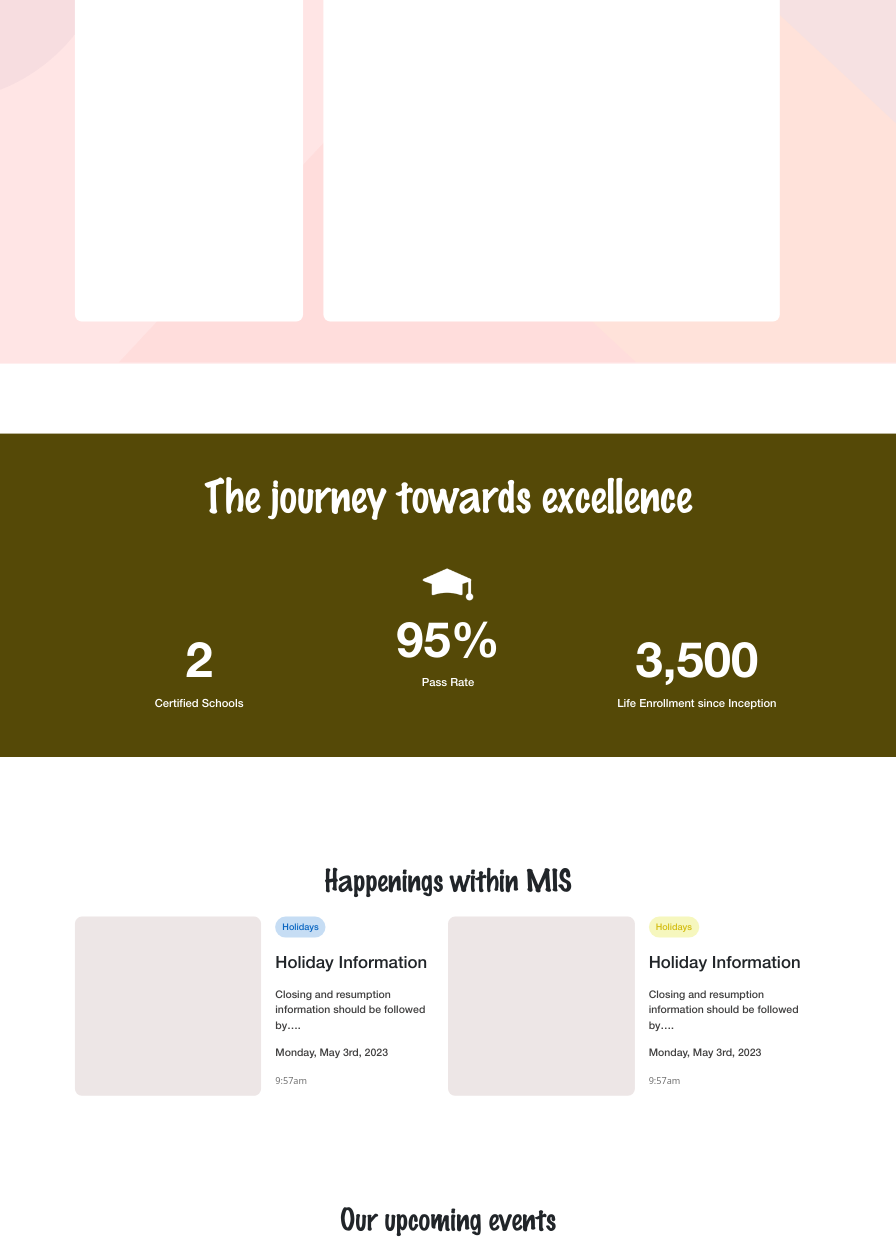
Repository: sarahnnanyelugo/MIGS
Page: /
An editor plug-in stored every save of this project. The page is shown before and after the next save, followed by the edit.
The browser window is 1280 px wide. The pictures show the part of the page from y = 3439 to 5359 px (the page is 5210 px tall before and 5359 px after), at 70% of full size.
The project was rebuilt for these pictures with package versions that can differ from the ones it lists, and the page was loaded fresh each time.

Above is the page before, as saved 2023-05-30 14:02:05.

### src/App.scss
@font-face {
  font-family: maker;
  src: url(./assets/fonts/marker-felt/Marker-Felt.ttf);
}
@font-face {
  font-family: helveticaB;
  src: url(./assets/fonts/helvetica/HelveticaNeueBold.ttf);
}
@font-face {
  font-family: helveticaM;
  src: url(./assets/fonts/helvetica/HelveticaNeueMedium.ttf);
}
@font-face {
  font-family: helveticaR;
  src: url(./assets/fonts/helvetica/HelveticaNeueRegular.ttf);
}

h1,
h2,
h3,
h4,
h5,
h6 {
  font-family: maker;
}

### src/pages/Home/Home.js
import React from "react";
import { AppModal } from "../../components/AppModal/AppModal";
import LandingImg from "../../assets/images/table.jpeg";
import Grad from "../../assets/images/grad.png";
import "./home.scss";
import CountUp from "react-countup";
import { Link } from "react-router-dom";

function Home() {
  return (
    <>
      <div className="col-md-12 landing-img">
        {/* <img
          className="tech-logo"
          src={LandingImg}
          alt="Scholar"
          width="100%"
        />{" "} */}
        <div className="centered col-md-5 offset-md-1">
          <h1>Excellence is our birthright</h1>
        </div>
      </div>
      <center>
        <div className="col-md-12 welcome-div">
          <div className="col-md-7 welcome-header mtt">
            <h1>Welcome to Montessori International Group of Schools</h1>
          </div>
          <div className="col-md-5 mt3 welcome-paragraph">
            <p>
              {" "}
              On behalf of the Management and staff of Montessori International
              School, we welcome you to our website. We are grateful for another
              opportunity to offer you our best and are dedicated to ensuring
              that your child grows up balanced in all endeavours of life and
              not just academically.
            </p>
          </div>
        </div>
      </center>

      <div className="col-md-10 offset-md-1 section-div">
        <center>
          <h1>Our School Sections</h1>
        </center>
        <div className="col-md-12 flexy">
          <div className="col-md-4">
            <div className="col-md-11 sections-container early-years">
              {/* <img
          className="tech-logo"
          src={LandingImg}
          alt="Scholar"
          width="100%"
        />{" "} */}
              <div class="bottom-left col-md-1">
                <h2>Early Years</h2>
              </div>
            </div>
          </div>{" "}
          <div className="col-md-4">
            <div className="col-md-11 sections-container primary">
              {/* <img
          className="tech-logo"
          src={LandingImg}
          alt="Scholar"
          width="100%"
        />{" "} */}
              <div class="bottom-left col-md-1">
                {" "}
                <h2>Primary School</h2>
              </div>
            </div>
          </div>{" "}
          <div className="col-md-4">
            <div className="col-md-11 sections-container special ">
              {/* <img
          className="tech-logo"
          src={LandingImg}
          alt="Scholar"
          width="100%"
        />{" "} */}
              <div class="bottom-left col-md-1">
                {" "}
                <h2>Special Education</h2>
              </div>
            </div>
          </div>
        </div>
      </div>
      <div className="col-md-8 offset-md-3 flexy">
        <div className="col-md-5">
          <div className="col-md-11 sections-container junior ">
            {/* <img
          className="tech-logo"
          src={LandingImg}
          alt="Scholar"
          width="100%"
        />{" "} */}
            <div class="bottom-left col-md-1">
              {" "}
              <h2>Special Education</h2>
            </div>
          </div>
        </div>
        <div className="col-md-5">
          <div className="col-md-11 sections-container senior ">
            {/* <img
          className="tech-logo"
          src={LandingImg}
          alt="Scholar"
          width="100%"
        />{" "} */}
            <div class="bottom-left col-md-1">
              {" "}
              <h2>Special Education</h2>
            </div>
          </div>
        </div>
      </div>
      <div className="col-md-12 birthright-div">
        <center>
          <div className="col-md-6">
            <h1>
              Excellence is our<span>BIRTHRIGHT</span>
            </h1>
            <p>
              On behalf of the Management and staff of Montessori International
              School, we welcome you to our website. We are grateful for another
              opportunity to offer you our best and are dedicated to ensuring
              that your child grows up balanced in all endeavours of life and
              not just academically.
            </p>
          </div>
        </center>
        <div className="col-md-10 offset-md-1 flexy">
          <div className="col-md-8 ">
            <div className="col-md-11 img-div">
              {" "}
              {/* <img
          className="tech-logo"
          src={LandingImg}
          alt="Scholar"
          width="100%"
        />{" "} */}
            </div>
          </div>{" "}
          <div className="col-md-4 ">
            <div className="col-md-11 img-div">
              {" "}
              {/* <img
          className="tech-logo"
          src={LandingImg}
          alt="Scholar"
          width="100%"
        />{" "} */}
            </div>
          </div>
        </div>{" "}
        <div className="col-md-10 offset-md-1 flexy mt2">
          {" "}
          <div className="col-md-4 ">
            <div className="col-md-11 img-div">
              {" "}
              {/* <img
          className="tech-logo"
          src={LandingImg}
          alt="Scholar"
          width="100%"
        />{" "} */}
            </div>
          </div>
          <div className="col-md-8 ">
            <div className="col-md-11 img-div">
              {" "}
              {/* <img
          className="tech-logo"
          src={LandingImg}
          alt="Scholar"
          width="100%"
        />{" "} */}
            </div>
          </div>{" "}
        </div>
      </div>
      <div className="col-md-12 stats-div">
        <center>
          <h1>The journey towards excellence</h1>
        </center>
        <div className="col-md-10 offset-md-1 flexy">
          {" "}
          <div className="col-md-4 mtt stats">
            <center>
              {" "}
              <h1>
                {" "}
                <CountUp
                  start={0}
                  end={2}
                  duration={3}
                  decimal=""
                  prefix=" "
                  suffix=""
                  enableScrollSpy={true}
                />
              </h1>
              <p>Certified Schools</p>
            </center>
          </div>{" "}
          <div className="col-md-4 mt5 stats">
            <center>
              <img className="tech-logo" src={Grad} alt="Scholar" width="20%" />{" "}
              <h1>
                {" "}
                <CountUp
                  start={0}
                  end={95}
                  duration={3}
                  decimal=""
                  prefix=" "
                  suffix="%"
                  enableScrollSpy={true}
                />
              </h1>
              <p>Pass Rate</p>
            </center>
          </div>{" "}
          <div className="col-md-4 mtt stats">
            <center>
              {" "}
              <h1>
                {" "}
                <CountUp
                  start={0}
                  end={3500}
                  duration={3}
                  decimal=""
                  prefix=" "
                  suffix=""
                  enableScrollSpy={true}
                />
              </h1>
              <p>Life Enrollment since Inception</p>
            </center>
          </div>
        </div>
      </div>
      <div className="col-md-10 offset-md-1 news-div mtt">
        <center>
          <h1>Happenings within MIS</h1>
        </center>
        <div className="flexy mt3">
          <div className="col-md-6 flexy">
            <div className="col-md-6 img-div2"></div>
            <div className="col-md-6 news-details">
              <button className="holidays">Holidays</button>
              <h4>Holiday Information</h4>
              <Link className="normal-link" to={"/"}>
                <p>
                  Closing and resumption information should be followed by….
                </p>
              </Link>
              <p>Monday, May 3rd, 2023</p>
              <small>9:57am</small>
            </div>
          </div>
          <div className="col-md-6 flexy mt23">
            <div className="col-md-6 img-div2"></div>
            <div className="col-md-6 news-details">
              <button className="events">Holidays</button>
              <h4>Holiday Information</h4>
              <Link className="normal-link" to={"/"}>
                <p>
                  Closing and resumption information should be followed by….
                </p>
              </Link>
              <p>Monday, May 3rd, 2023</p>
              <small>9:57am</small>
            </div>
          </div>
        </div>
      </div>
      <div className="col-md-10 offset-md-1 mtt">
        <center>
          <h1>Our upcoming events</h1>
        </center>
        <div className="flexy">
          <div className="col-md-4">
            <center></center>
          </div>
        </div>
      </div>
      <div>
        <AppModal />
      </div>
    </>
  );
}

export default Home;

### src/components/NavBar/NavBar.jsx
import React, { useEffect, useState, useRef } from "react";
import { Link, NavLink } from "react-router-dom";
import "./_navbar.scss";
import { useLocation } from "react-router-dom";
// import Icofont from "react-icofont";
import Logo from "../../assets/images/logo2.png";

function NavBar() {
  return (
    <>
      <div className="nav-container col-md-10 offset-md-1">
        {" "}
        <div className=" col-md-1 tech-logo-div">
          {" "}
          <img className="tech-logo" src={Logo} alt="Scholar" width="60%" />
        </div>
        <ul className="list-inline list-unstyled ">
          <li className="list-inline-item">
            <NavLink className="tech-links cool-link" to={"/"}>
              About
            </NavLink>
          </li>
          <li className="list-inline-item">
            <NavLink className="tech-links cool-link">Admission</NavLink>
          </li>
          <li className="list-inline-item">
            <NavLink className="tech-links cool-link">Academics</NavLink>
          </li>
          <li className="list-inline-item">
            <NavLink className="tech-links cool-link">IEC</NavLink>
          </li>{" "}
          <li className="list-inline-item">
            <NavLink className="tech-links cool-link">E-shop</NavLink>
          </li>
          <li className="list-inline-item">
            <NavLink className="tech-links cool-link">Gallery</NavLink>
          </li>
          <li className="list-inline-item">
            <button className="nav-btn">e-portal</button>
          </li>
        </ul>
      </div>
    </>
  );
}

export default NavBar;

### src/pages/Home/home.scss
@import "../../variables";
@import "../../shared-styles";
.landing-img {
  position: relative;
  text-align: left;
  color: #fff;
  height: 800px;
  background-color: grey;
}
.centered {
  position: absolute;
  top: 50%;
  left: 20%;

  transform: translate(-50%, -50%);
  h1 {
    font-size: 114px !important;
  }
}
.welcome-header {
  color: #707070;

  h1 {
    font-size: 60px;
  }
}
.welcome-paragraph {
  p {
    color: #707070;
    font-family: helveticaM;
  }
}
.welcome-div {
  height: 800px;
  background: url("../../assets/images/curly.png");
  background-size: contain;
  background-repeat: no-repeat;
}
.section-div {
  margin-top: -280px;

  h1 {
    font-size: 60px;
    color: #707070;
  }
}
.sections-container {
  position: relative;
  text-align: center;
  margin-bottom: 50px;
  border-radius: 10px;
  height: 358px;
}
.bottom-left {
  position: absolute;
  bottom: 8px;
  left: 16px;
}
.early-years {
  background: #ff5252;
  color: #fff;
}
.primary {
  background: #f2e15f;
  color: #000;
}
.special {
  background: #838383;
  color: #fff;
}
.junior {
  background: #2ebbef;
  color: #fff;
}
.senior {
  background: #30eaa9;
  color: #000;
}
.birthright-div {
  background: url("../../assets/images/pink-bg.png");
  background-size: cover;
  background-repeat: no-repeat;
  padding: 60px 0;
  margin: 100px 0;
  h1 {
    margin-bottom: 20px;
  }
  span {
    color: $red;
    font-size: 60px;
  }
  color: #707070;
  p {
    font-family: helveticaM;
    margin-bottom: 100px;
  }
  .img-div {
    height: 487px;
    border-radius: 10px;
    background: #fff;
  }
}
.stats-div {
  background: #554907;
  padding: 50px 0;
  h1 {
    color: #fff;
    font-size: 60px;
    // margin-bottom: 40px;
  }
  .stats {
    h1 {
      color: #fff;
      font-size: 70px;
      font-family: helveticaB;
    }
    p {
      color: #fff;
      font-family: helveticaM;
    }
  }
}
.news-div {
  margin-bottom: 50px;
  .img-div2 {
    background: #ede6e6;
    border-radius: 10px;
    height: 256px;
  }
  .news-details {
    padding: 0 0 0 20px;
    h4 {
      font-family: helveticaM;
      margin: 20px 0;
    }
    button {
      border: none;
      width: 72px;
      height: 30px;
      font-size: 13px;
      font-family: helveticaM;
      border-radius: 35px;
    }
    p {
      font-family: helveticaM;
      color: #414040;
      font-size: 15px;
    }
    small {
      font-size: 13px;
      color: #707070;
    }
    .holidays {
      background: #c6ddf4;
      color: #0b66c1;
    }
    .events {
      background: #f6f7be;
      color: #d3bd13;
    }
  }
}
.events-container {
  height: 149px;
  background: #ede6e6;
  width: 164px;
  border-radius: 20px;
}

### src/components/NavBar/_navbar.scss
@import "../../variables";
@import "../../shared-styles";

.nav-container {
  display: flex;
  padding-top: 20px;
  position: relative;
  z-index: 2 !important;
  padding-bottom: 0;
  height: 90px;
  background-color: #fff !important;
  ul li {
    margin-top: 0px !important;
  }
  .nav-btn {
    @include app-btn;
    padding: 8px 40px;
    // margin-top: 0 !important;
    border: none;
  }
  .tech-logo-div {
    flex-grow: 1 !important;
    margin-top: -10px;
  }
  .tech-links {
    color: #000;
    text-decoration: none;
    font-family: helveticaM;
    margin: 0px 28px !important;
    &:hover {
      color: $red;
    }
  }
}

### src/_variables.scss
$yellow: rgb(255, 210, 16);
$red: #ff5252;
$skyblue: rgb(83, 180, 242);
$lightblue: rgb(12, 99, 177);
$lightblue2: rgb(12, 88, 160);
$lighterblue: rgb(211, 236, 252);
$deepblue2: rgb(0, 79, 157);
$mainblue: rgb(1, 71, 141);

@mixin app-btn {
  color: #fff;
  border-radius: 35px;
  padding: 8px 130px;
  font-size: 14px;
  background: $red;

  font-family: helveticaM;
  &:hover {
    background: #c90e0e;
    transition: 0.5s ease;
  }
}

### src/_shared-styles.scss
@import "./variables";

@media screen and (max-width: 620px) {
  .flexyM {
    display: flex !important;
  }
  .side-menu {
    display: none !important;
  }
  .page-body {
    padding: 20px;
  }

  .dn {
    display: none;
  }
  .holder img {
    height: 200px;
    margin-top: 40px !important;
  }
  .overlay {
    bottom: -30px !important;
  }
  .m-margin {
    margin-top: 0 !important;
    margin-bottom: 0 !important;
  }
  .navigations {
    display: none;
  }
  .breadcrum {
    margin-top: 350px !important;
  }
}
@media screen and (min-width: 620px) {
  .flexy {
    display: flex;
  }
  .spread {
    display: flex;
  }
  // {
  //   display:none;
  // }
}

/* Container needed to position the overlay. Adjust the width as needed */
.holder {
  position: relative;
  width: 100%;
}

.side-nav2 {
  @media screen and (max-width: 620px) {
    padding: 0 10px 0;
  }
}
.br {
  border-radius: 10px;
}
.mt1 {
  margin-top: 10px;
}
.mt2 {
  margin-top: 20px;
}
.mt3 {
  margin-top: 30px;
}
.mt4 {
  margin-top: 40px;
}
.mt5 {
  margin-top: 50px;
}
.mt6 {
  margin-top: 60px;
}
.mt7 {
  margin-top: 70px;
}
.mt8 {
  margin-top: 80px;
}
.mt9 {
  margin-top: 90px;
}
.mt {
  margin-top: 120px;
}
.mtt {
  margin-top: 150px;
}
.mr1 {
  margin-right: 10px;
}
.mr2 {
  margin-right: 20px;
}
.mr3 {
  margin-right: 30px;
}
.mr4 {
  margin-right: 40px;
}
.mr5 {
  margin-right: 50px;
}
.mr6 {
  margin-right: 60px;
}
.mr7 {
  margin-right: 70px;
}
.mb1 {
  margin-bottom: 10px;
}
.mb2 {
  margin-bottom: 20px;
}
.mb3 {
  margin-bottom: 30px;
}
.mb4 {
  margin-bottom: 40px;
}
.mb5 {
  margin-bottom: 50px;
}
.mb6 {
  margin-bottom: 60px;
}
.ml2 {
  margin-left: 20px;
}
.ml3 {
  margin-left: 30px;
}
.ml4 {
  margin-left: 40px;
}
.ml5 {
  margin-left: 50px;
}
.ml6 {
  margin-left: 60px;
}

.app-btn {
  @include app-btn;
  width: 100% !important;
}
.tac {
  text-align: center;
}
.normal-link {
  font-family: helveticaM;
  color: black !important;
  text-decoration: none;
}

Loaded but not shown: public/index.html (common file); src/index.css (common file); src/reportWebVitals.js (common file); src/components/scrollToTop.js (common file); src/components/AppModal/AppModal.js (60 lines, source omitted); src/App.js (24 lines, source omitted); src/index.js (18 lines, source omitted); src/pages/Home/Events.js (15 lines, source omitted); src/components/AppModal/_app-modal.scss (464 lines, source omitted)

After the next save:
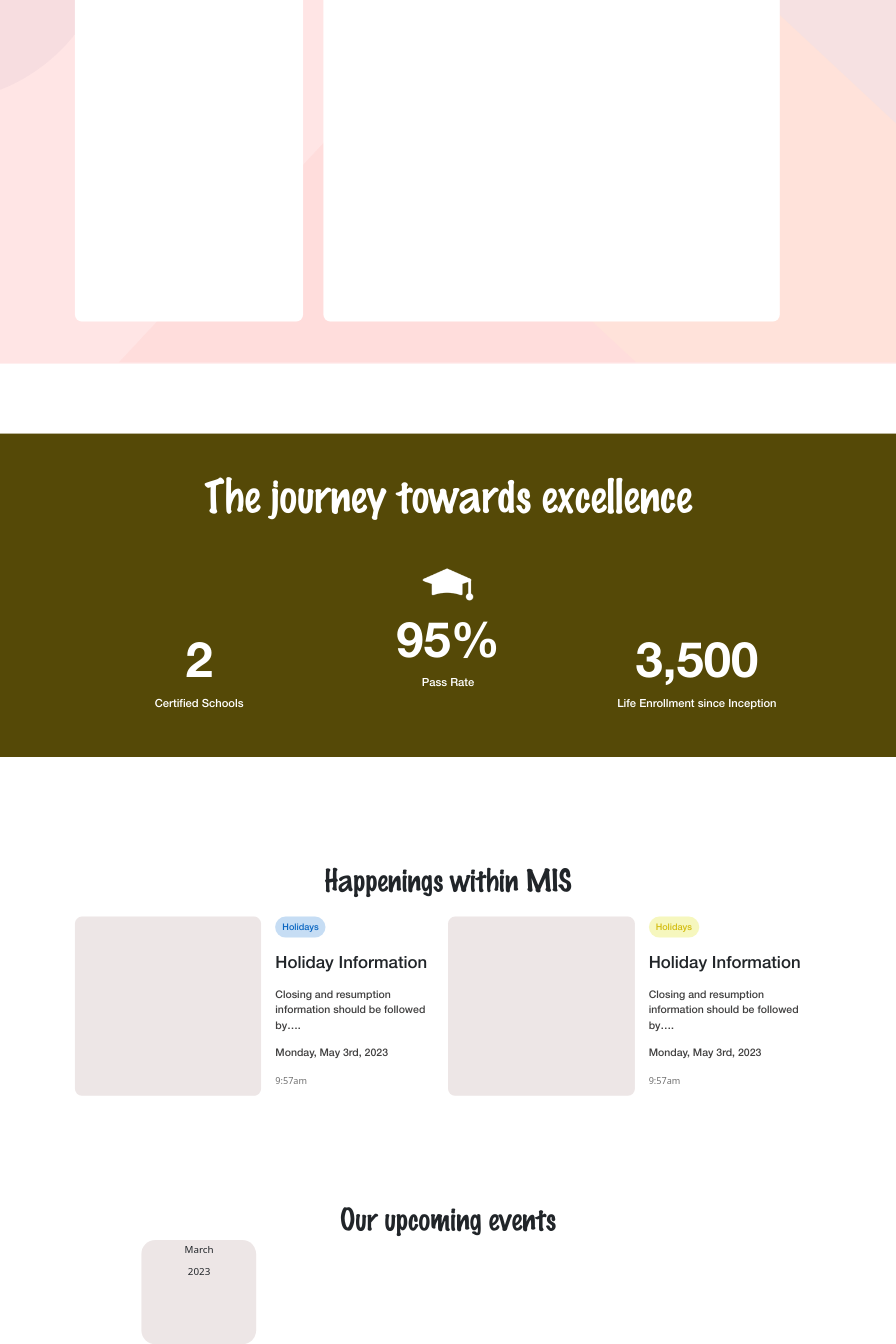
Saved 51 s later.
--- a/src/pages/Home/Home.js
+++ b/src/pages/Home/Home.js
@@ -5,6 +5,7 @@ import Grad from "../../assets/images/grad.png";
 import "./home.scss";
 import CountUp from "react-countup";
 import { Link } from "react-router-dom";
+import Events from "./Events";
 
 function Home() {
   return (
@@ -284,7 +285,9 @@ function Home() {
         </center>
         <div className="flexy">
           <div className="col-md-4">
-            <center></center>
+            <center>
+              <Events year="2023" month="March" />
+            </center>
           </div>
         </div>
       </div>
